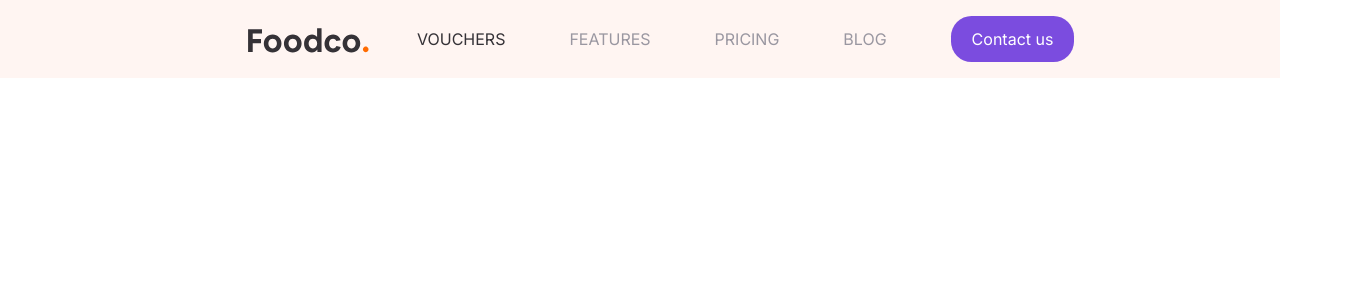
Repository: badhon252/Foodco
Page: index.html
These files come from the project's save history. The page is drawn as it stood at one moment and after the next save; the edit follows.
The browser window is 1280 px wide. The page is 1364 px wide, so the pictures cover 1364 px, including what lies to the right of the window. The pictures show the whole page.
The style sheet was rebuilt from its Sass, Less or Tailwind sources for each picture, by a compiler version that may differ from the author's.

Above is the page before, as saved 2022-09-15 15:22:02.

After the next save:
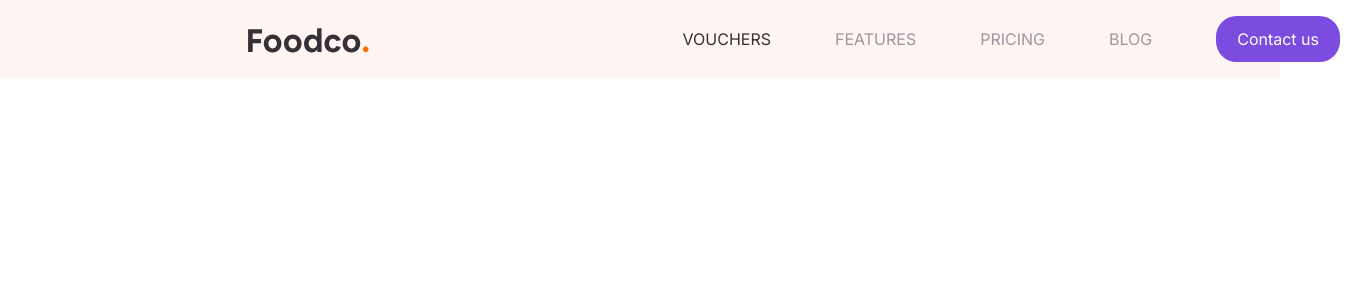
Saved 9 s later.
--- a/index.html
+++ b/index.html
@@ -28,7 +28,7 @@
                         <span class="navbar-toggler-icon"></span>
                     </button>
                     <div class="collapse navbar-collapse" id="navbarNav">
-                        <ul class="navbar-nav me-auto">
+                        <ul class="navbar-nav ms-auto">
                             <li class="nav-item">
                                 <a class="nav-link active" aria-current="page" href="#">Vouchers</a>
                             </li>
